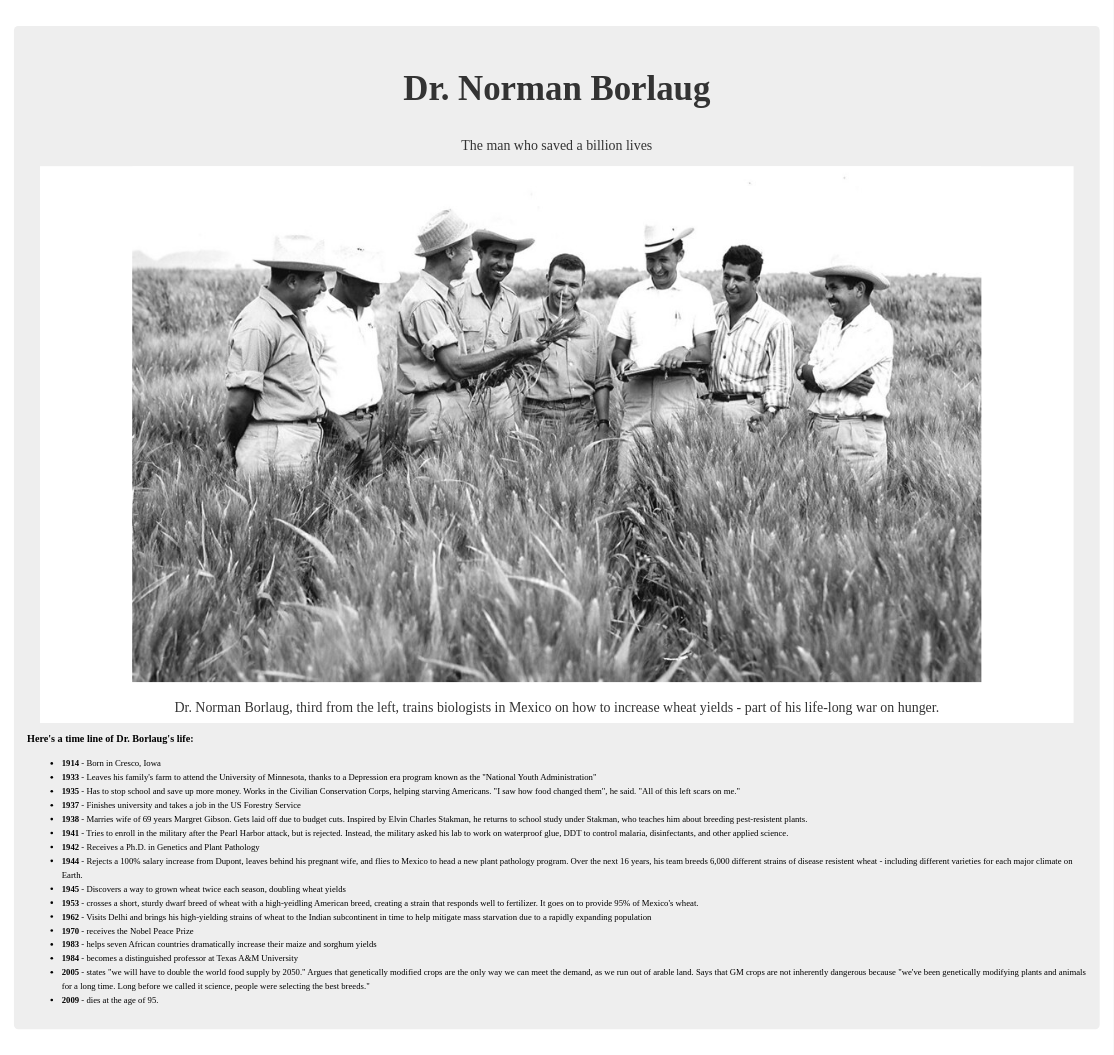
Repository: HTDuy01/github-demo
Page: freecodecamp/index.html
These files come from the project's save history. The page is drawn as it stood at one moment and after the next save; the edit follows.
The browser window is 1280 px wide. The pictures show the whole page, at 87% of full size.

Above is the page before, as saved 2021-11-18 20:49:19.

After the next save:
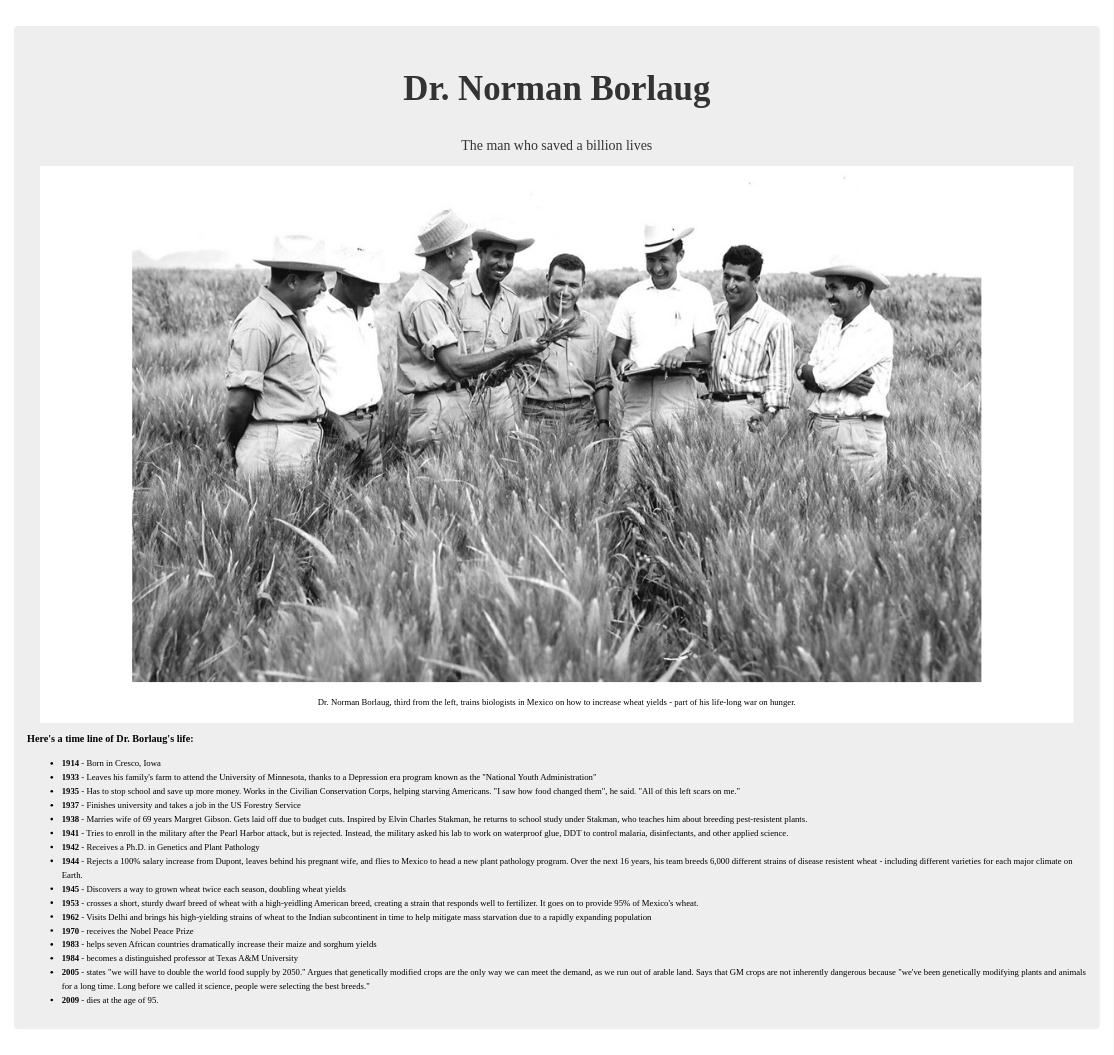
Saved 114 s later.
--- a/freecodecamp/assets/css/style.css
+++ b/freecodecamp/assets/css/style.css
@@ -37,8 +37,12 @@
     height: 593px;
 }
 
-.content-img {
+.sub-img {
     font-size: 1.6rem;
     color: var(--color-header);
     font-weight: 400;
 }
+
+.content-heading {
+
+}
